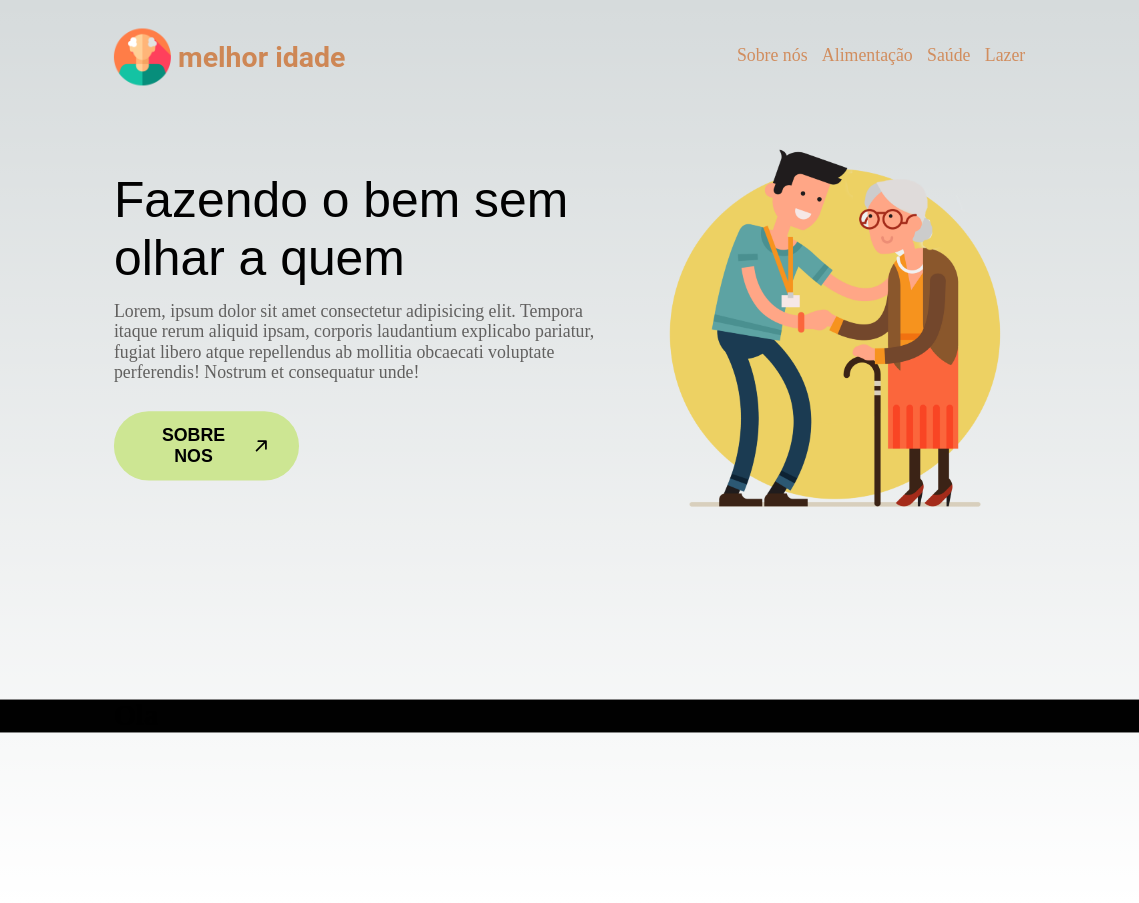
Repository: Giopol12/melhor-idade-online
Page: /index.page
An editor plug-in stored every save of this project. The page is shown before and after the next save, followed by the edit.
The browser window is 1280 px wide. The pictures show the whole page, at 89% of full size.
The project was rebuilt for these pictures with package versions that can differ from the ones it lists, and the page was loaded fresh each time. The framework's server and built-in components were replaced by stand-ins that run in the browser. Also part of the build but not shown: next.config.js.

Above is the page before, as saved 2023-11-21 10:10:39.

After the next save:
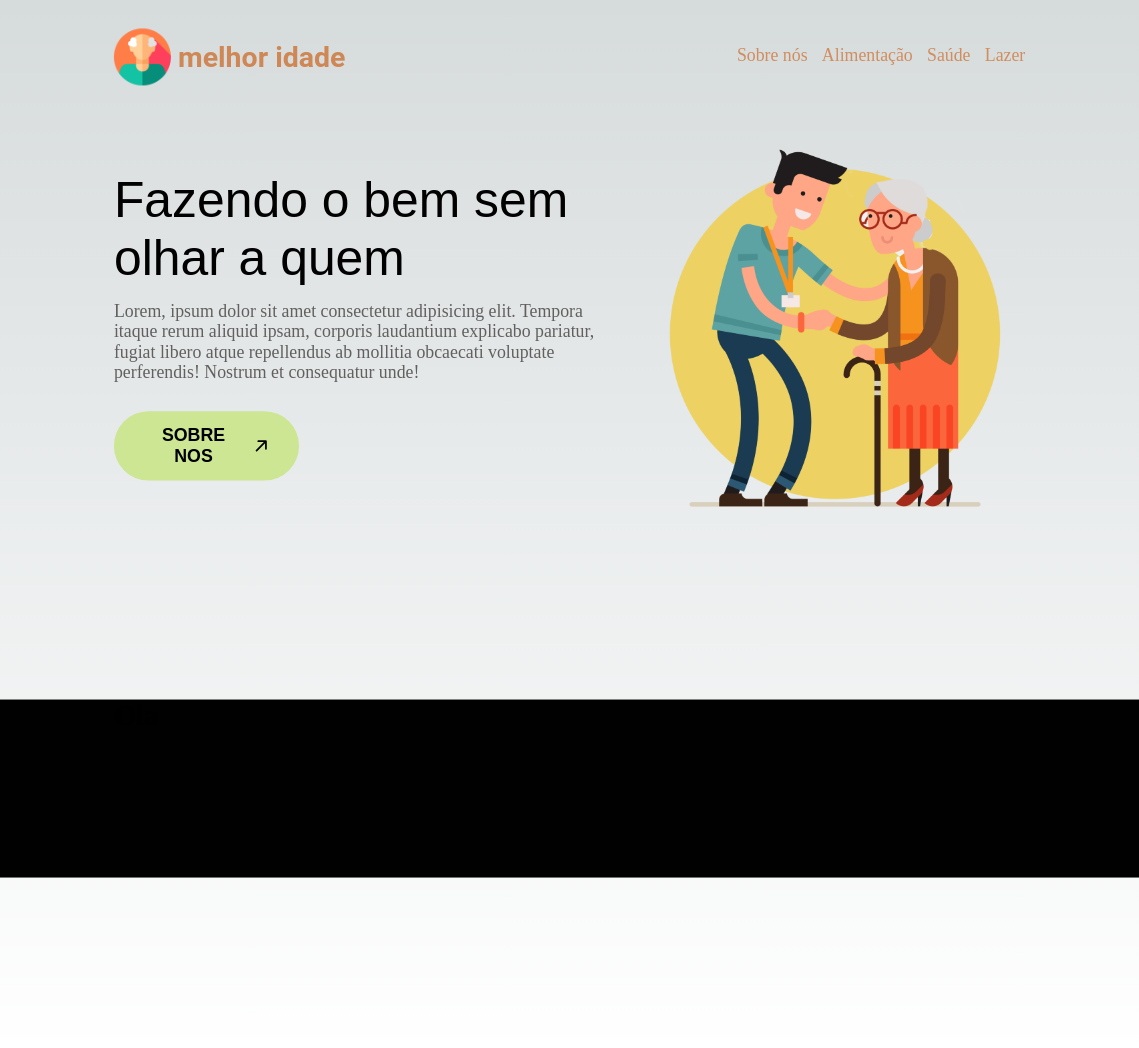
Saved 13 s later.
--- a/src/components/OurMission/styles.ts
+++ b/src/components/OurMission/styles.ts
@@ -7,4 +7,5 @@ export const OurMissionContainer = styled('div', {
 export const OurMissionContentContainer = styled('div', {
   maxWidth: 1024,
   margin: '7.5rem auto',
+  height: 200,
 })
